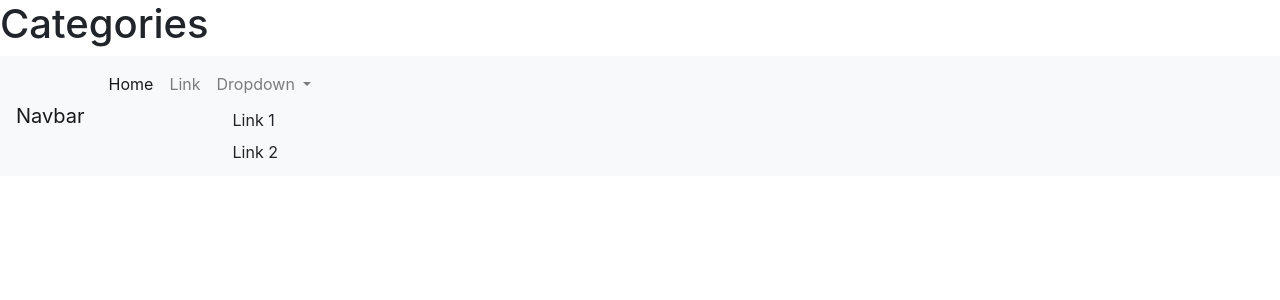
Repository: mahoone/revising_php
Page: http://localhost/public/index.php?v=categories
These files come from the project's save history. The page is drawn as it stood at one moment and after the next save; the edit follows.
The browser window is 1280 px wide. The pictures show the whole page.
The page is run by PHP 8.4 with error messages shown; the project is at /var/www/html/.

Above is the page before, as saved 2020-06-14 17:33:23.

### public/index.php
<!DOCTYPE html>
<html lang="en">
<head>
    <meta charset="UTF-8">
    <meta name="viewport" content="width=device-width, initial-scale=1.0">
    <title>Document</title>
    <link rel="stylesheet" href="https://stackpath.bootstrapcdn.com/bootstrap/4.5.0/css/bootstrap.min.css" integrity="sha384-9aIt2nRpC12Uk9gS9baDl411NQApFmC26EwAOH8WgZl5MYYxFfc+NcPb1dKGj7Sk" crossorigin="anonymous">
</head>
<body>

<?php
include('../utils/utils.php');
?>

<nav class="navbar navbar-expand-lg navbar-light bg-light">
  <a class="navbar-brand" href="#">Navbar</a>
  <button class="navbar-toggler" type="button" data-toggle="collapse" data-target="#navbarSupportedContent" aria-controls="navbarSupportedContent" aria-expanded="false" aria-label="Toggle navigation">
    <span class="navbar-toggler-icon"></span>
  </button>

  <div class="collapse navbar-collapse" id="navbarSupportedContent">
    <ul class="navbar-nav mr-auto">
      <li class="nav-item active">
        <a class="nav-link" href="#">Home <span class="sr-only">(current)</span></a>
      </li>
      <li class="nav-item">
        <a class="nav-link" href="#">Link</a>
      </li>
      <li class="nav-item dropdown">
        <a class="nav-link dropdown-toggle" href="#" id="navbarDropdown" role="button" data-toggle="dropdown" aria-haspopup="true" aria-expanded="false">
          Dropdown
        </a>
          <a class="dropdown-item" href="index.php?v=categories">Link 1</a>
          <a class="dropdown-item" href="index.php?v=posts">Link 2</a>
      </li>
    </ul>
  </div>
</nav>

<script src="https://code.jquery.com/jquery-3.5.1.slim.min.js" integrity="sha384-DfXdz2htPH0lsSSs5nCTpuj/zy4C+OGpamoFVy38MVBnE+IbbVYUew+OrCXaRkfj" crossorigin="anonymous"></script>
<script src="https://cdn.jsdelivr.net/npm/popper.js@1.16.0/dist/umd/popper.min.js" integrity="sha384-Q6E9RHvbIyZFJoft+2mJbHaEWldlvI9IOYy5n3zV9zzTtmI3UksdQRVvoxMfooAo" crossorigin="anonymous"></script>
<script src="https://stackpath.bootstrapcdn.com/bootstrap/4.5.0/js/bootstrap.min.js" integrity="sha384-OgVRvuATP1z7JjHLkuOU7Xw704+h835Lr+6QL9UvYjZE3Ipu6Tp75j7Bh/kR0JKI" crossorigin="anonymous"></script>
</body>
</html>

### utils/utils.php
<?php

function dumb($var)
{
    echo '<pre>';
    print_r($var);
    echo '</pre>';
}

if(array_key_exists('v', $_GET))
{
    $module = $_GET['v'];
}else
{
    $module = 'categories';
}

$moduleDir = '../modules/'. $module. '.php';

if(file_exists($moduleDir)) {
    require($moduleDir);
} else {
    header("HTTP/1.1 404 Not Found");
}

Loaded but not shown: modules/categories.php (common file)

After the next save:
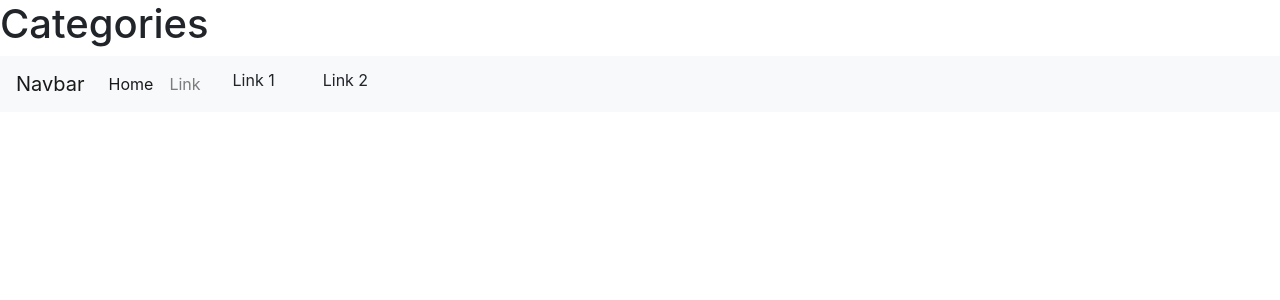
Saved 17 s later.
--- a/public/index.php
+++ b/public/index.php
@@ -26,13 +26,9 @@ include('../utils/utils.php');
       <li class="nav-item">
         <a class="nav-link" href="#">Link</a>
       </li>
-      <li class="nav-item dropdown">
-        <a class="nav-link dropdown-toggle" href="#" id="navbarDropdown" role="button" data-toggle="dropdown" aria-haspopup="true" aria-expanded="false">
-          Dropdown
         </a>
           <a class="dropdown-item" href="index.php?v=categories">Link 1</a>
           <a class="dropdown-item" href="index.php?v=posts">Link 2</a>
-      </li>
     </ul>
   </div>
 </nav>
